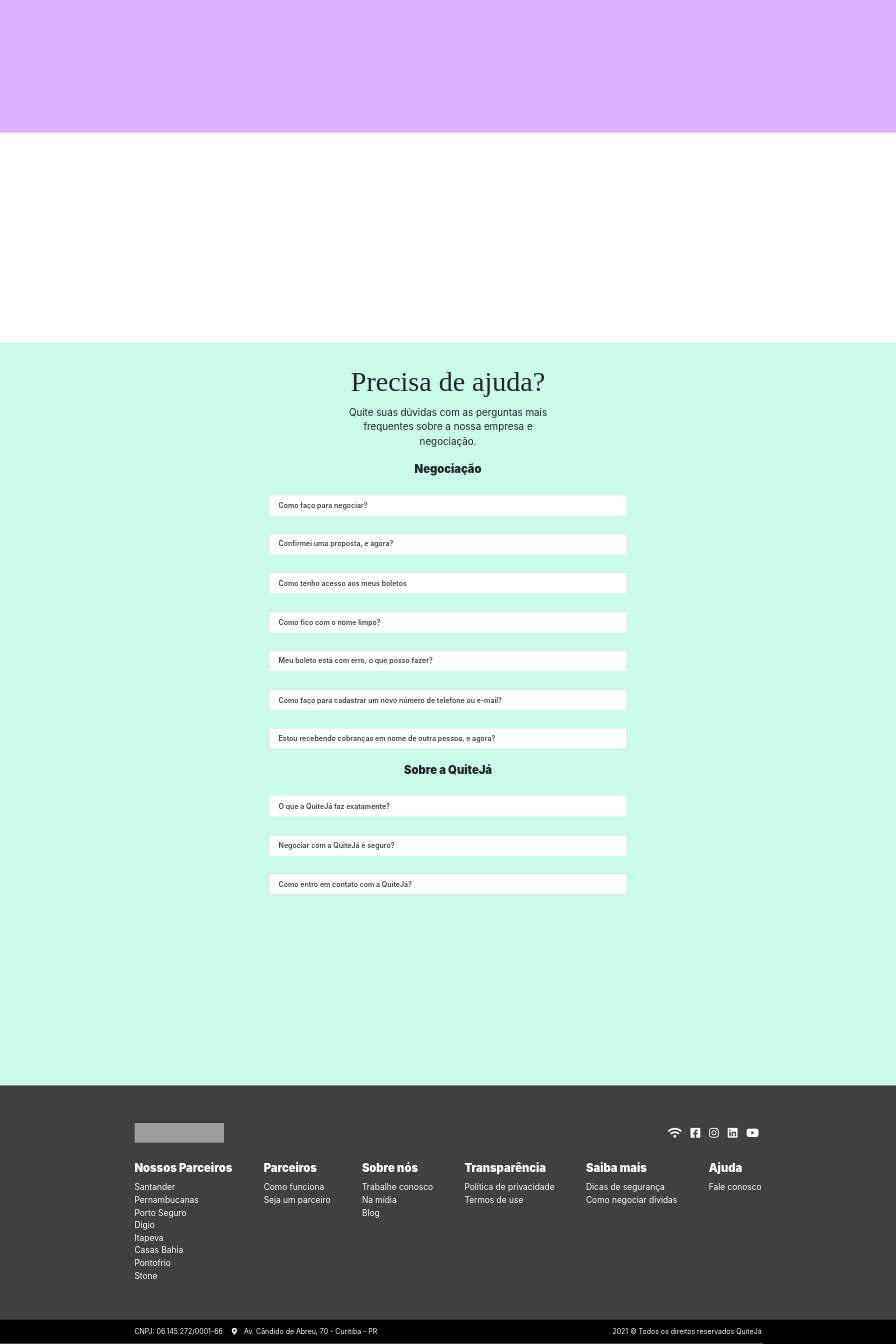
Repository: dasilvaoscar/estudos
Page: Layouts/index.html
An editor plug-in stored every save of this project. The page is shown before and after the next save, followed by the edit.
The browser window is 1280 px wide. The pictures show the part of the page from y = 3191 to 5111 px (the page is 5111 px tall), at 70% of full size.
Pictures or frames that could not be fetched are drawn as grey boxes. Some web fonts or font styles are not loaded; a fallback is used.

Above is the page before, as saved 2021-01-29 13:02:29.

### Layouts/index.html
<!doctype html>
<html lang="pt-BR">

<head>
    <title>QuiteJá</title>
    <!-- Required meta tags -->
    <meta charset="utf-8">
    <meta name="viewport" content="width=device-width, initial-scale=1, shrink-to-fit=no">
    <meta http-equiv="X-UA-Compatible" content="ie=edge" />
    <link rel="preconnect" href="https://fonts.gstatic.com">
    <link href="https://fonts.googleapis.com/css2?family=Fredoka+One&display=swap" rel="stylesheet">

    <!-- Bootstrap CSS -->
    <link rel="shortcut icon" href="./assets/img/favicon.png" type="image/x-icon">
    <link href="./assets/css/normalize.css" rel="stylesheet" />
    <link href="./assets/css/reset.css" rel="stylesheet" />
    <link rel="stylesheet" href="https://stackpath.bootstrapcdn.com/bootstrap/4.3.1/css/bootstrap.min.css"
        integrity="sha384-ggOyR0iXCbMQv3Xipma34MD+dH/1fQ784/j6cY/iJTQUOhcWr7x9JvoRxT2MZw1T" crossorigin="anonymous">
    <link href="./assets/css/style.css" rel="stylesheet" />
</head>

<body>
    <section class="warning">
        <p class="warning-text">
            <span>Aviso: </span>Não realizamos nenhuma negociação por WhatsApp ou Facebook.
            Negociamos somente aqui no nosso site
            <a class="close-link">
                <i class="fas fa-times"></i>
            </a>
        </p>
    </section>
    <header>
        <figure>
            <img src="./assets/img/logo-quiteja.png" alt="Logo QuiteJá" title="Logo QuiteJá">
        </figure>
        <nav>
            <ul class="nav-bar-links">
                <li>
                    <a href="#">Home</a>
                </li>
                <li>
                    <a href="#">Sobre nós</a>
                </li>
                <li>
                    <a href="#">Parceiros
                        <i class="fas fa-angle-down menu-icons"></i>
                    </a>
                </li>
                <li>
                    <a href="#">Blog</a>
                </li>
                <li>
                    <a href="#">Saiba Mais
                        <i class="fas fa-angle-down menu-icons"></i>
                    </a>
                </li>
                <li>
                    <a href="#">Ajuda</a>
                </li>
                <li>
                    <a class="btn btn-primary btn-billet" href="#" role="button">Meus boletos</a>
                </li>
                <li>
                    <a href=""><i class="fa fa-search" aria-hidden="true"></i></a>
                </li>
            </ul>
        </nav>
    </header>
    <article>
        <section class="negotiate-your-debts"></section>
        <section class="clean-your-name"></section>
        <section class="partners"></section>
        <section class="how-we-do-it-differently"></section>
        <section class="help-a-millions"></section>
        <section class="our-clients"></section>
        <section class="help">
            <div class="help-content">
                <h1>Precisa de ajuda?</h1>
                <p>
                    Quite suas dúvidas com as perguntas mais
                    frequentes sobre a nossa empresa e negociação.
                </p>
            </div>
            <h6>Negociação</h6>
            <div class="accordion" id="accordionExample">
                <div class="card card-help">
                    <div id="headingOne">
                        <h2 class="mb-0">
                            <button class="btn btn-link btn-block text-left btn-help" type="button"
                                data-toggle="collapse" data-target="#collapseOne" aria-expanded="false"
                                aria-controls="collapseOne">
                                Como faço para negociar?
                            </button>
                        </h2>
                    </div>

                    <div id="collapseOne" class="collapse" aria-labelledby="headingOne" data-parent="#accordionExample">
                        <div class="card-body">
                            Some placeholder content for the first accordion panel. This panel is shown by default,
                            thanks to the <code>.show</code> class.
                        </div>
                    </div>
                </div>
                <div class="card card-help">
                    <div id="headingTwo">
                        <h2 class="mb-0">
                            <button class="btn btn-link btn-block text-left collapsed btn-help" type="button"
                                data-toggle="collapse" data-target="#collapseTwo" aria-expanded="false"
                                aria-controls="collapseTwo">
                                Confirmei uma proposta, e agora?
                            </button>
                        </h2>
                    </div>
                    <div id="collapseTwo" class="collapse" aria-labelledby="headingTwo" data-parent="#accordionExample">
                        <div class="card-body">

                        </div>
                    </div>
                </div>
                <div class="card card-help">
                    <div id="headingThree">
                        <h2 class="mb-0">
                            <button class="btn btn-link btn-block text-left collapsed btn-help" type="button"
                                data-toggle="collapse" data-target="#collapseThree" aria-expanded="false"
                                aria-controls="collapseThree">
                                Como tenho acesso aos meus boletos
                            </button>
                        </h2>
                    </div>
                    <div id="collapseThree" class="collapse" aria-labelledby="headingThree"
                        data-parent="#accordionExample">
                        <div class="card-body">
                            And lastly, the placeholder content for the third and final accordion panel. This panel
                            is hidden by default.
                        </div>
                    </div>
                </div>
                <div class="card card-help">
                    <div id="headingFour">
                        <h2 class="mb-0">
                            <button class="btn btn-link btn-block text-left collapsed btn-help" type="button"
                                data-toggle="collapse" data-target="#collapseFour" aria-expanded="false"
                                aria-controls="collapseFour">
                                Como fico com o nome limpo?
                            </button>
                        </h2>
                    </div>
                    <div id="collapseFour" class="collapse" aria-labelledby="headingFour"
                        data-parent="#accordionExample">
                        <div class="card-body">
                            And lastly, the placeholder content for the third and final accordion panel. This panel
                            is hidden by default.
                        </div>
                    </div>
                </div>
                <div class="card card-help">
                    <div id="headingFive">
                        <h2 class="mb-0">
                            <button class="btn btn-link btn-block text-left collapsed btn-help" type="button"
                                data-toggle="collapse" data-target="#collapseFive" aria-expanded="false"
                                aria-controls="collapseFive">
                                Meu boleto está com erro, o que posso fazer?
                            </button>
                        </h2>
                    </div>
                    <div id="collapseFive" class="collapse" aria-labelledby="headingFive"
                        data-parent="#accordionExample">
                        <div class="card-body">
                            And lastly, the placeholder content for the third and final accordion panel. This panel
                            is hidden by default.
                        </div>
                    </div>
                </div>
                <div class="card card-help">
                    <div id="headingSix">
                        <h2 class="mb-0">
                            <button class="btn btn-link btn-block text-left collapsed btn-help" type="button"
                                data-toggle="collapse" data-target="#collapseSix" aria-expanded="false"
                                aria-controls="collapseSix">
                                Como faço para cadastrar um novo número de telefone ou e-mail?
                            </button>
                        </h2>
                    </div>
                    <div id="collapseSix" class="collapse" aria-labelledby="headingSix" data-parent="#accordionExample">
                        <div class="card-body">
                            And lastly, the placeholder content for the third and final accordion panel. This panel
                            is hidden by default.
                        </div>
                    </div>
                </div>
                <div class="card card-help">
                    <div id="headingSeven">
                        <h2 class="mb-0">
                            <button class="btn btn-link btn-block text-left collapsed btn-help" type="button"
                                data-toggle="collapse" data-target="#collapseSeven" aria-expanded="false"
                                aria-controls="collapseSeven">
                                Estou recebendo cobranças em nome de outra pessoa, e agora?
                            </button>
                        </h2>
                    </div>
                    <div id="collapseSeven" class="collapse" aria-labelledby="headingSeven"
                        data-parent="#accordionExample">
                        <div class="card-body">
                            And lastly, the placeholder content for the third and final accordion panel. This panel
                            is hidden by default.
                        </div>
                    </div>
                </div>
            </div>

            <h6>Sobre a QuiteJá</h6>
            <div class="accordion" id="accordionExample">
                <div class="card card-help">
                    <div id="headingEight">
                        <h2 class="mb-0">
                            <button class="btn btn-link btn-block text-left btn-help" type="button"
                                data-toggle="collapse" data-target="#collapseEight" aria-expanded="false"
                                aria-controls="collapseEight">
                                O que a QuiteJá faz exatamente?
                            </button>
                        </h2>
                    </div>

                    <div id="collapseEight" class="collapse" aria-labelledby="headingEight"
                        data-parent="#accordionExample">
                        <div class="card-body">
                            Some placeholder content for the first accordion panel. This panel is shown by default,
                            thanks to the <code>.show</code> class.
                        </div>
                    </div>
                </div>
                <div class="card card-help">
                    <div id="headingNine">
                        <h2 class="mb-0">
                            <button class="btn btn-link btn-block text-left collapsed btn-help" type="button"
                                data-toggle="collapse" data-target="#collapseNine" aria-expanded="false"
                                aria-controls="collapseNine">
                                Negociar com a QuiteJá é seguro?
                            </button>
                        </h2>
                    </div>
                    <div id="collapseNine" class="collapse" aria-labelledby="headingNine"
                        data-parent="#accordionExample">
                        <div class="card-body">
                            Some placeholder content for the second accordion panel. This panel is hidden by
                            default.
                        </div>
                    </div>
                </div>
                <div class="card card-help">
                    <div id="headingTen">
                        <h2 class="mb-0">
                            <button class="btn btn-link btn-block text-left collapsed btn-help" type="button"
                                data-toggle="collapse" data-target="#collapseTen" aria-expanded="false"
                                aria-controls="collapseTen">
                                Como entro em contato com a QuiteJá?
                            </button>
                        </h2>
                    </div>
                    <div id="collapseTen" class="collapse" aria-labelledby="headingTen" data-parent="#accordionExample">
                        <div class="card-body">
                            And lastly, the placeholder content for the third and final accordion panel. This panel
                            is hidden by default.
                        </div>
                    </div>
                </div>
            </div>
        </section>
    </article>
    <footer>
        <div class="big-footer">
            <div class="big-footer-content">
                <section class="social">
                    <figure class="logo-footer">
                        <img src="./assets/img/footer-logo.png" alt="">
                    </figure>
                    <div class="social-icons">
                        <i class="fas fa-wifi" aria-hidden="true"></i>
                        <i class="fab fa-facebook-square" aria-hidden="true"></i>
                        <i class="fab fa-instagram" aria-hidden="true"></i>
                        <i class="fab fa-linkedin" aria-hidden="true"></i>
                        <i class="fab fa-youtube" aria-hidden="true"></i>
                    </div>
                </section>
                <section class="footer-links">
                    <div class="footer-links-subtitle">
                        <h6>Nossos Parceiros</h6>
                        <a href="#">Santander</a>
                        <a href="#">Pernambucanas</a>
                        <a href="#">Porto Seguro</a>
                        <a href="#">Digio</a>
                        <a href="#">Itapeva</a>
                        <a href="#">Casas Bahia</a>
                        <a href="#">Pontofrio</a>
                        <a href="#">Stone</a>
                    </div>
                    <div class="footer-links-subtitle">
                        <h6>Parceiros</h6>
                        <a href="#">Como funciona</a>
                        <a href="#">Seja um parceiro</a>
                    </div>
                    <div class="footer-links-subtitle">
                        <h6>Sobre nós</h6>
                        <a href="#">Trabalhe conosco</a>
                        <a href="#">Na mídia</a>
                        <a href="#">Blog</a>
                    </div>
                    <div class="footer-links-subtitle">
                        <h6>Transparência</h6>
                        <a href="#">Política de privacidade</a>
                        <a href="#">Termos de use</a>
                    </div>
                    <div class="footer-links-subtitle">
                        <h6>Saiba mais</h6>
                        <a href="#">Dicas de segurança</a>
                        <a href="#">Como negociar dividas</a>
                    </div>
                    <div class="footer-links-subtitle">
                        <h6>Ajuda</h6>
                        <a href="#">Fale conosco</a>
                    </div>
                </section>
            </div>
        </div>
        <div class="little-footer">
            <div class="little-footer-content">
                <section class="information">
                    <p>CNPJ: 06.145.272/0001-66
                        <i class="fas fa-map-marker-alt footer-icons"></i>Av. Cândido de Abreu, 70 - Curitiba - PR
                    </p>
                </section>
                <section class="copyrights">
                    <p>2021 &copy Todos os direitos reservados QuiteJá</p>
                </section>
            </div>
        </div>
    </footer>

    <!-- Optional JavaScript -->
    <!-- jQuery first, then Popper.js, then Bootstrap JS -->
    <link rel="stylesheet" href="https://cdnjs.cloudflare.com/ajax/libs/font-awesome/5.15.2/css/all.min.css"
        integrity="sha512-HK5fgLBL+xu6dm/Ii3z4xhlSUyZgTT9tuc/hSrtw6uzJOvgRr2a9jyxxT1ely+B+xFAmJKVSTbpM/CuL7qxO8w=="
        crossorigin="anonymous" />
    <script src="https://code.jquery.com/jquery-3.3.1.slim.min.js"
        integrity="sha384-q8i/X+965DzO0rT7abK41JStQIAqVgRVzpbzo5smXKp4YfRvH+8abtTE1Pi6jizo" crossorigin="anonymous">
    </script>
    <script src="https://cdnjs.cloudflare.com/ajax/libs/popper.js/1.14.7/umd/popper.min.js"
        integrity="sha384-UO2eT0CpHqdSJQ6hJty5KVphtPhzWj9WO1clHTMGa3JDZwrnQq4sF86dIHNDz0W1" crossorigin="anonymous">
    </script>
    <script src="https://stackpath.bootstrapcdn.com/bootstrap/4.3.1/js/bootstrap.min.js"
        integrity="sha384-JjSmVgyd0p3pXB1rRibZUAYoIIy6OrQ6VrjIEaFf/nJGzIxFDsf4x0xIM+B07jRM" crossorigin="anonymous">
    </script>
</body>

</html>

### Layouts/assets/css/style.css
/* RESET BOOTSTRAP */
p {
  display: block;
  margin-block-start: 0em;
  margin-block-end: 0em;
  margin-inline-start: 0px;
  margin-inline-end: 0px;
}

a {
  color: black;
}

li {
  list-style-type: none
}

figure {
  display: block;
  margin-block-start: 0em;
  margin-block-end: 0em;
  margin-inline-start: 0px;
  margin-inline-end: 0px;
}

ul {
  margin-block-start: 0em;
  margin-block-end: 0em;
  margin-inline-start: 0px;
  margin-inline-end: 0px;
  padding-inline-start: 0px;
}

/* New Style */

header {
  display: flex;
  align-items: center;
  justify-content: space-around;
  height: 81px;
}

header img {
  width: 154px;
  height: 70px;
}

section.warning {
  display: flex;
  justify-content: space-around;
  align-items: center;
  background-color: #00E58D;
  width: 100%;
  height: 40px;
}

p.warning-text span {
  font-size: 12px;
  font-style: normal;
  font-weight: 700;
  line-height: 15px;
  letter-spacing: 0em;
  text-align: center;
}

p.warning-text {
  font-size: 12px;
  font-style: normal;
  font-weight: 500;
  line-height: 15px;
  letter-spacing: 0em;
  text-align: center;
}

ul.nav-bar-links {
  display: flex;
  justify-content: space-between;
  align-items: center;
  font-style: normal;
  font-size: 14px;
}

ul.nav-bar-links li a {
  text-decoration: none !important;
  margin-left: 25px;
  color: black;
}

a.close-link {
  margin-left: 10px;
  cursor: pointer;
}

ul.nav-bar-links li:last-child {
  margin-left: 30px;
}

.menu-icons {
  margin-left: 5px;
}

.footer-icons {
  margin: auto 10px auto 10px;
}


.btn-billet {
  width: 100%;
  background: #A9E4EB;
  border: none;
  font-size: 14px;
  font-weight: 800;
  padding: 13px;
  border-radius: 10px;
  box-shadow: 0px 1px 2px rgba(0, 0, 0, 0.25);
}

.negotiate-your-debts {
  background-color: #CAFCE9;
  height: 700px;
}

.clean-your-name {
  height: 300px;
}

.partners {
  background-color: #F5F5F5;
  height: 658px;
}

.how-we-do-it-differently {
  background-color: #CAFCE9;
  height: 911px;
}

.help-a-millions {
  background-color: #DFB0FF;
  height: 691px;
}

.our-clients {
  height: 300px;
}

.social {
  display: flex;
  align-items: center;
  justify-content: space-between;
  width: 100%;
  margin-bottom: 3%;
}

.social-icons {
  letter-spacing: 4px;
}

.big-footer {
  background-color: #404040;
  height: 334px;
  color: white;
  display: flex;
  align-items: center;
  justify-content: space-around;
  flex-direction: column;
}

.little-footer {
  background-color: #000000;
  height: 35px;
  display: flex;
  align-items: center;
  color: white;
  justify-content: center;
  font-size: 10px;
}

.logo-footer img {
  width: 128px;
  height: 29px;
}

.footer-links {
  display: flex;
  width: 100%;
  display: flex;
  justify-content: space-between;
}

.footer-links-subtitle {
  display: flex;
  flex-direction: column;
}

.footer-links-subtitle a {
  color: white;
  text-decoration: none;
  font-size: 12px;
}

.footer-links-subtitle a:hover {
  color: rgb(12, 118, 179);
  text-decoration: none;
  font-size: 12px;
}

.footer-links-subtitle h6 {
  font-weight: 900;
}

.big-footer-content {
  width: 70%;
}

.little-footer-content {
  width: 70%;
  display: flex;
  justify-content: space-between;
  align-items: center;
}

.help {
  background-color: #CAFCE9;
  height: 1061px;
  display: flex;
  flex-direction: column;
  align-items: center;
  text-align: center;
}

.help-content {
  width: 25%;
  flex-wrap: wrap;
}

.help-content p {
  font-size: 14px;
}

.help h1 {
  font-size: 40px;
  margin-top: 10%;
  font-family: 'Fredoka One', cursive;
}

.help h6 {
  font-weight: 900;
  margin: 20px auto 1px auto;
}

.accordion {
  width: 40%;
}

.card-help {
  margin-top: 5%;
}

.btn-help {
  color: #404040;
  font-weight: 600;
  font-size: 10px;
}

.btn-help:hover {
  text-decoration: none;
}

Loaded but not shown: Layouts/assets/css/normalize.css (library); Layouts/assets/css/reset.css (common file)

After the next save:
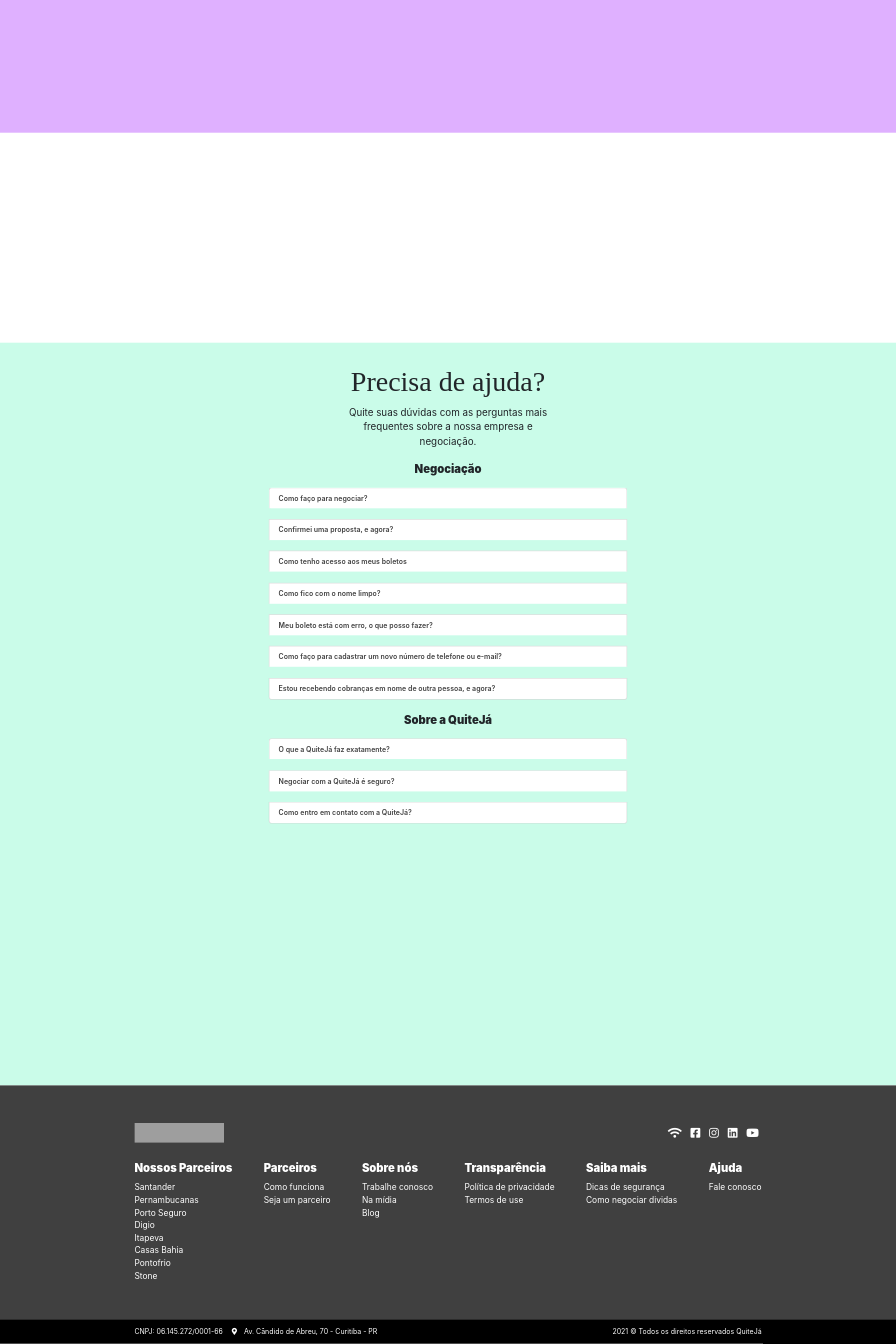
Saved 28 s later.
--- a/Layouts/assets/css/style.css
+++ b/Layouts/assets/css/style.css
@@ -253,7 +253,7 @@ ul.nav-bar-links li:last-child {
 }
 
 .card-help {
-  margin-top: 5%;
+  margin-top: 3%;
 }
 
 .btn-help {
